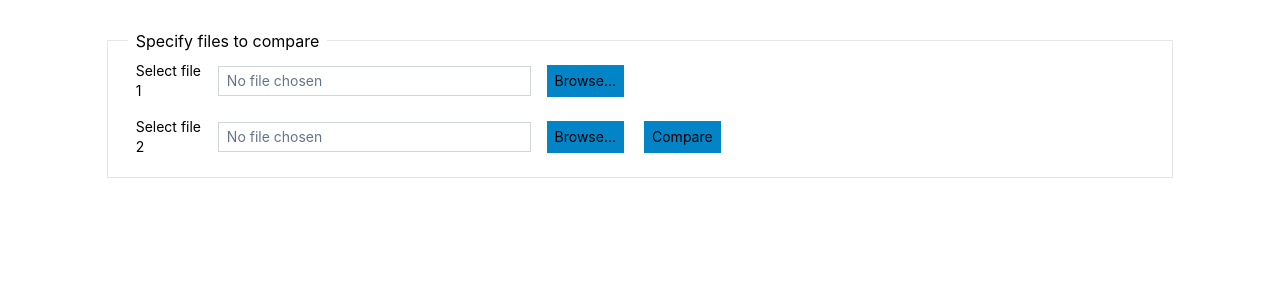
Repository: chionye/paymentology-front
Page: /
The author's editor kept a copy of each file at every save. The page is drawn from the files as they stood at one save, then again after the next save.
The browser window is 1280 px wide. The pictures show the whole page.
The project was rebuilt for these pictures with package versions that can differ from the ones it lists, and the page was loaded fresh each time.

Above is the page before, as saved 2022-03-16 13:25:00.

### src/index.css
@tailwind base;
@tailwind components;
@tailwind utilities;

body {
  margin: 0;
  font-family: -apple-system, BlinkMacSystemFont, 'Segoe UI', 'Roboto', 'Oxygen',
    'Ubuntu', 'Cantarell', 'Fira Sans', 'Droid Sans', 'Helvetica Neue',
    sans-serif;
  -webkit-font-smoothing: antialiased;
  -moz-osx-font-smoothing: grayscale;
}

input[type=file] {
  -webkit-appearance: none;
  position: relative;
  -webkit-box-sizing: border-box;
   }
   input[type=file]::-webkit-file-upload-button {
  width: 0;
  padding: 0;
  margin: 0;
  -webkit-appearance: none;
  border: none;
   }
   /* "x::-webkit-file-upload-button" forces the rules to only apply to browsers that support this pseudo-element */

### src/App.js
import Section from "./components/Section";

function App() {
  return (
    <Section />
  );
}

export default App;

### src/components/Section.js
import Button from "./Button";
import InputFile from "./InputFile";

const Section = () => {
    return(
        <div className="relative w-5/6 h-auto p-3 border border-1 border-gray mx-auto my-10">
            <div className="absolute -top-3 left-5 bg-white px-2">Specify files to compare</div>
            <InputFile file={"Select file 1"} />
            <div className="flex flex-row items-center">
                <InputFile file={"Select file 2"} />
                <Button label={"Compare"} />
            </div>

        </div>
    )
}

export default Section;

### src/components/Button.js
const Button = (props) => {
    return <button className="ml-1 bg-sky-600 hover:bg-sky-700 py-1 h-8 px-2 text-sm ">{props.label}</button>
}

export default Button;

### src/components/InputFile.js
import Button from "./Button";
const InputFile = (props) => {
    return(
        <div className="flex flex-row w-full md:w-1/2 items-center text-sm my-2 px-4">
            <label className="w-28">{props.file}</label>

            <input type="file"
                className="block w-full mx-3 appearance-none border border-1 border-gray-300 py-1 px-2  text-slate-500
                file:mr-4 file:py-2 file:px-4
                file:rounded-full file:border-0
                file:text-sm file:font-semibold
                file:bg-violet-50 file:text-violet-700
                hover:file:bg-violet-100 file:text-red-600
                "/>

            <Button label={"Browse..."} />
        </div>
    )
}

export default InputFile;

Loaded but not shown: public/index.html (common file); src/index.js (common file); src/reportWebVitals.js (common file); tailwind.config.js (common file)

After the next save:
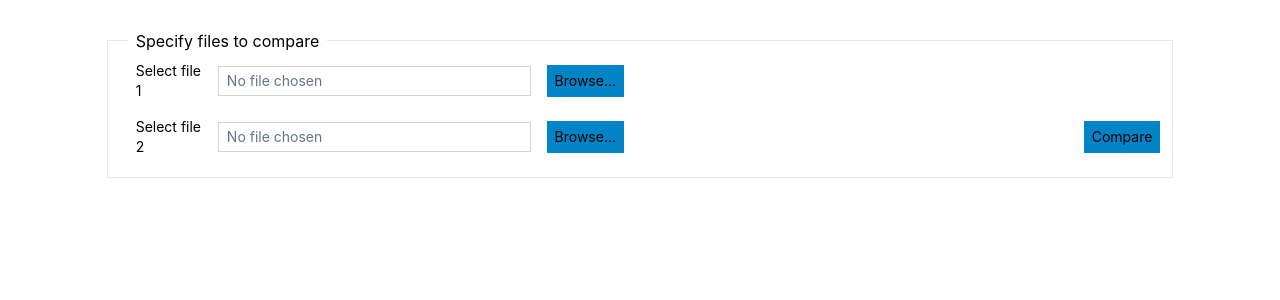
Saved 17 s later.
--- a/src/components/Section.js
+++ b/src/components/Section.js
@@ -6,7 +6,7 @@ const Section = () => {
         <div className="relative w-5/6 h-auto p-3 border border-1 border-gray mx-auto my-10">
             <div className="absolute -top-3 left-5 bg-white px-2">Specify files to compare</div>
             <InputFile file={"Select file 1"} />
-            <div className="flex flex-row items-center">
+            <div className="flex flex-row items-center justify-between">
                 <InputFile file={"Select file 2"} />
                 <Button label={"Compare"} />
             </div>
